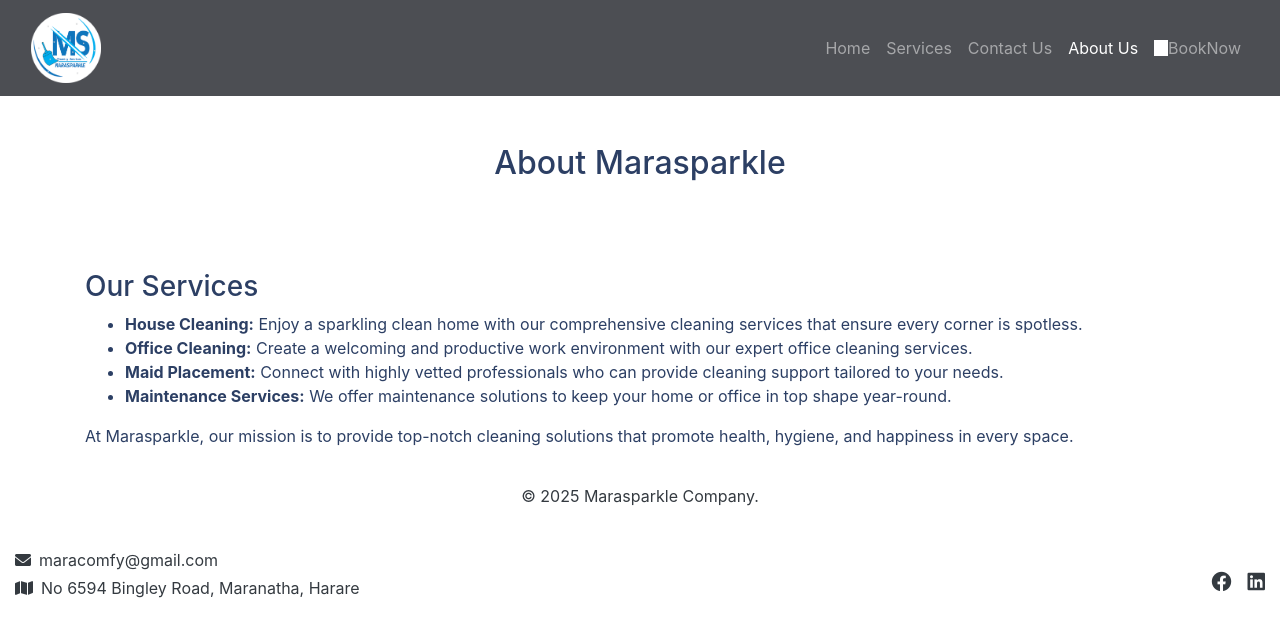
Repository: guineveretim/sparkle
Page: http://localhost/about/
The author's editor kept a copy of each file at every save. The page is drawn from the files as they stood at one save, then again after the next save.
The browser window is 1280 px wide. The pictures show the whole page.
The page is served by the project's application, run on Django 5.2 (manage.py). Other server files are loaded and not shown.

Above is the page before, as saved 2025-04-16 10:39:29.

### templates/application/about.html
{% load static%}
<!DOCTYPE html>
<html lang="en">

<head>
    <meta charset="utf-8">
    <meta name="viewport" content="width=device-width, initial-scale=1, shrink-to-fit=no">


    <title>{% block title %}Marasparkle{% endblock %}</title>

     <!-- Font Awesome CDN -->
    <link rel="stylesheet" href="https://cdnjs.cloudflare.com/ajax/libs/font-awesome/6.0.0-beta3/css/all.min.css">

    <!--Google fomts-->
    <link href="https://fonts.googleapis.com/css2?family=Roboto:wght@400&display=swap" rel="stylesheet">

    <!-- Bootstrap core CSS -->
    <link rel="stylesheet" href="https://cdn.jsdelivr.net/npm/bootstrap@4.1.3/dist/css/bootstrap.min.css" integrity="sha384-MCw98/SFnGE8fJT3GXwEOngsV7Zt27NXFoaoApmYm81iuXoPkFOJwJ8ERdknLPMO" crossorigin="anonymous">

    <style>
        body{
            background-color:rgb(255, 255, 255);
            overflow-x: hidden;

          }
    </style>

</head>

<body>
    <!-- ***** Preloader Start ***** -->
    <div id="js-preloader" class="js-preloader">
        <div class="preloader-inner">
            <span class="dot"></span>
            <div class="dots">
                <span></span>
                <span></span>
                <span></span>
            </div>
        </div>
    </div>
    <!-- ***** Preloader End ***** -->



    <!-- ***** Header Area Start ***** -->
        <nav class="navbar navbar-expand-lg navbar-dark sticky-top" style="background-color:rgb(76, 78, 83);">
            <div class="container-fluid">
            <a class="navbar-brand" href="{% url 'home' %}">
                <img src="{% static 'icons/Maralog.png' %}" style="width:70px;">
            </a>
            <button class="navbar-toggler" type="button" data-toggle="collapse" data-target="#navbarNav" aria-controls="navbarNav" aria-expanded="false" aria-label="Toggle navigation">
                <span class="navbar-toggler-icon"></span>
            </button>

            <div class="collapse navbar-collapse" id="navbarNav">
                <ul  class="navbar-nav ml-auto">
                    <li class="nav-item">
                        <a class="nav-link" href="{% url 'home' %}">Home <span class="sr-only">(current)</span></a>
                    </li>
                    <li class="nav-item">
                        <a class="nav-link" href="{% url 'services_details' %}">Services</a>
                    </li>

                    <li class="nav-item">
                        <a class="nav-link" href="{% url 'contact' %}">Contact Us</a>
                    </li>
                    <li class="nav-item active">
                        <a class="nav-link" href="{% url 'about' %}">About Us</a>
                    </li>
                    <li class="nav-item">
                        <a class="nav-link" href="{% url 'login' %}"><i class="fas fa-calendar" style="background-color: rgb(255, 255, 255);"></i>BookNow</a>
                    </li>
                </ul>
            </div>
        </div>
        </nav>

    <!-- ***** Header Area End ***** -->

      <!-- ***** About Section Start ***** -->
      <div class="container mt-5 text-white">
        <h2 class="text-center mb-4" style="color:#2c3f64;">About Marasparkle</h2>
        <p style="color:white;">Your clean space is our business! Founded in 2024, Marasparkle offers a range of professional cleaning services designed to meet the needs of both households and businesses.</p>

        <h3 style="color:#2c3f64;">Our Services</h3>
        <ul>
            <li style="color:#2c3f64;"><strong>House Cleaning:</strong> Enjoy a sparkling clean home with our comprehensive cleaning services that ensure every corner is spotless.</li>
            <li style="color:#2c3f64;"><strong>Office Cleaning:</strong> Create a welcoming and productive work environment with our expert office cleaning services.</li>
            <li style="color:#2c3f64;"><strong>Maid Placement:</strong> Connect with highly vetted professionals who can provide cleaning support tailored to your needs.</li>
            <li style="color:#2c3f64;"><strong>Maintenance Services:</strong> We offer maintenance solutions to keep your home or office in top shape year-round.</li>
        </ul>

        <p style="color:#2c3f64;">At Marasparkle, our mission is to provide top-notch cleaning solutions that promote health, hygiene, and happiness in every space.</p>
     </div>
    <!-- ***** About Section End ***** -->


    <footer class="footer text-center" style="background-color: rgba(255, 255, 255, 0.3); padding: 20px 0;">
        <div class="container-fluid">
            <div class="row">
                <div class="col-12">
                    <p class="mb-1 text-dark">© 2025 Marasparkle Company.</p>

                </div>
            </div>
        </div>
    </footer>

    <div class="sub-header  text-dark py-3" style="  background-color:rgb(255, 255, 255);">
        <div class="container-fluid">
            <div class="row align-items-center">
                <div class="col-lg-8 col-md-8 col-sm-12 text-center text-md-left mb-3 mb-md-0">
                    <ul class="list-unstyled">
                        <li class="d-flex align-items-center mb-1">
                            <i class="fa fa-envelope mr-2"></i>
                            <span>maracomfy@gmail.com</span>
                        </li>
                        <li class="d-flex align-items-center">
                            <i class="fa fa-map mr-2"></i>
                            <span>No 6594 Bingley Road, Maranatha, Harare</span>
                        </li>
                    </ul>
                </div>
                <div class="col-lg-4 col-md-4 col-sm-12 text-center text-md-right">
                    <ul class="list-unstyled d-flex justify-content-center justify-content-md-end mb-0">
                        <li class="mr-3">
                            <a href="https://www.facebook.com/profile.php?id=61573551016908" class="text-dark" aria-label="Facebook">
                                <i class="fab fa-facebook fa-lg"></i>
                            </a>
                        </li>
                        <li>
                            <a href="https://linkedin.com" class="text-dark" aria-label="LinkedIn">
                                <i class="fab fa-linkedin fa-lg"></i>
                            </a>
                        </li>
                    </ul>
                </div>
            </div>
        </div>
    </div>

<!-- jQuery first, then Popper.js, then Bootstrap JS -->
<script src="https://code.jquery.com/jquery-3.3.1.slim.min.js" integrity="sha384-q8i/X+965DzO0rT7abK41JStQIAqVgRVzpbzo5smXKp4YfRvH+8abtTE1Pi6jizo" crossorigin="anonymous"></script>
<script src="https://cdn.jsdelivr.net/npm/popper.js@1.14.3/dist/umd/popper.min.js" integrity="sha384-ZMP7rVo3mIykV+2+9J3UJ46jBk0WLaUAdn689aCwoqbBJiSnjAK/l8WvCWPIPm49" crossorigin="anonymous"></script>
<script src="https://cdn.jsdelivr.net/npm/bootstrap@4.1.3/dist/js/bootstrap.min.js" integrity="sha384-ChfqqxuZUCnJSK3+MXmPNIyE6ZbWh2IMqE241rYiqJxyMiZ6OW/JmZQ5stwEULTy" crossorigin="anonymous"></script>
</body>

</html>

### marasparkle/views.py

from django.shortcuts import redirect, render
from django.contrib.auth import authenticate, login
from .forms import  UserRegistrationForm, UserLoginForm
from django.contrib.auth.decorators import login_required
from django.contrib import messages
from .forms import BookingForm
from django.views.decorators.cache import never_cache
from django.views.decorators.csrf import csrf_protect
from django.contrib.auth.models import Group
from django.http import HttpResponse
from .models import Booking
from django.shortcuts import get_object_or_404



def home(request):
  return render(request, 'application/home.html')

def Service(request):
    return render(request, 'application/services.html')


def contact(request):
    return render(request, 'application/contact.html')

def about_view(request):
    return render(request, 'application/about.html')

def bookin(request):
    return render(request, 'application/bookin.html')





def register(request):
    if request.method == 'POST':
        form = UserRegistrationForm(request.POST)
        if form.is_valid():
            user = form.save(commit=False)
            user.set_password(form.cleaned_data['password'])
            user.save()

            group =Group.objects.get(name = 'user')
            user.groups.add(group)


            login(request, user)
            messages.success(request, "Registration successful.")
            return redirect('login')
    else:
        form = UserRegistrationForm()

    return render(request, 'authentication/register.html', {'form': form})

def login_view(request):
    if request.method == 'POST':
        form = UserLoginForm(data=request.POST)
        if form.is_valid():
            username = form.cleaned_data.get('username')
            password = form.cleaned_data.get('password')
            user = authenticate(request, username=username, password=password)

            if user is not None:

                if user.groups.filter(name='admin').exists():
                    login(request, user)
                    return redirect('/admin/')
                elif user.groups.filter(name='user').exists():
                    login(request, user)
                    return redirect('create_booking')
            else:

                messages.error(request, 'Invalid username or password.')
        else:
            # Optional: Handle field errors
            for field, errors in form.errors.items():
                for error in errors:
                    messages.error(request, error)

    else:
        form = UserLoginForm()

    return render(request, 'authentication/login.html', {'form': form})


@login_required
def create_booking(request):
    if request.method == 'POST':
        form = BookingForm(request.POST)
        if form.is_valid():
            booking = form.save(commit=False)
            booking.user = request.user  # Associate the booking with the logged-in user
            booking.save()  # Save the booking record

            # Redirect to the success page with the booking ID
            return redirect('booking_success', booking_id=booking.id)
    else:
        form = BookingForm()

    return render(request, 'accounts/booking.html', {'form': form})



@login_required
def booking_success(request, booking_id):
    booking = get_object_or_404(Booking, id=booking_id)

    context = {
        'service_type': booking.get_service_selection_display(),  # To show a human-readable name for service_selection
        'booking_date': booking.date_time.date(),
        'booking_time': booking.date_time.time(),
        'contact_info': booking.contact_infor,
        'location_info': booking.location_infor,
        'additional_details': booking.additional_details,
    }

    return render(request, 'application/bookin.html', context)

### marasparkleweb/urls.py
"""
URL configuration for marasparkleweb project.

The `urlpatterns` list routes URLs to views. For more information please see:
    https://docs.djangoproject.com/en/5.1/topics/http/urls/
Examples:
Function views
    1. Add an import:  from my_app import views
    2. Add a URL to urlpatterns:  path('', views.home, name='home')
Class-based views
    1. Add an import:  from other_app.views import Home
    2. Add a URL to urlpatterns:  path('', Home.as_view(), name='home')
Including another URLconf
    1. Import the include() function: from django.urls import include, path
    2. Add a URL to urlpatterns:  path('blog/', include('blog.urls'))
"""
from django.contrib import admin
from django.urls import include, path

urlpatterns = [
    path('admin/', admin.site.urls),
    path('', include('marasparkle.urls')),
]

### marasparkle/urls.py
from django.urls import path

from marasparkle.forms import ResetPasswordConfirmForm, ResetPasswordForm
from . import views
from django.contrib.auth import views as auth_views
from .views import create_booking, booking_success



urlpatterns = [
    path('', views.home, name='home'),
    path('about/',views.about_view, name='about'),
    path('services/',views.Service,name='services_details'),
    path('login/', views.login_view, name= 'login'),
    path('register/', views.register, name='register'),
    path('contact/', views.contact, name='contact'),


    path('password_reset/', auth_views.PasswordResetView.as_view(
        template_name='authentication/password_reset.html',
        form_class=ResetPasswordForm
    ), name='password_reset'),


    path('password_reset_done/', auth_views.PasswordResetDoneView.as_view(
        template_name='authentication/password_reset_done.html'
    ), name='password_reset_done'),


    path('password_reset_confirm/<uidb64>/<token>/', auth_views.PasswordResetConfirmView.as_view(
        template_name='authentication/password_reset_confirm.html',
        form_class=ResetPasswordConfirmForm
    ), name='password_reset_confirm'),

    path('password_reset_complete/', auth_views.PasswordResetCompleteView.as_view(
        template_name='authentication/password_reset_complete.html'
    ), name='password_reset_complete'),


      path('booking/', create_booking, name='create_booking'),
    path('booking-success/<int:booking_id>/', booking_success, name='booking_success'),



]

After the next save:
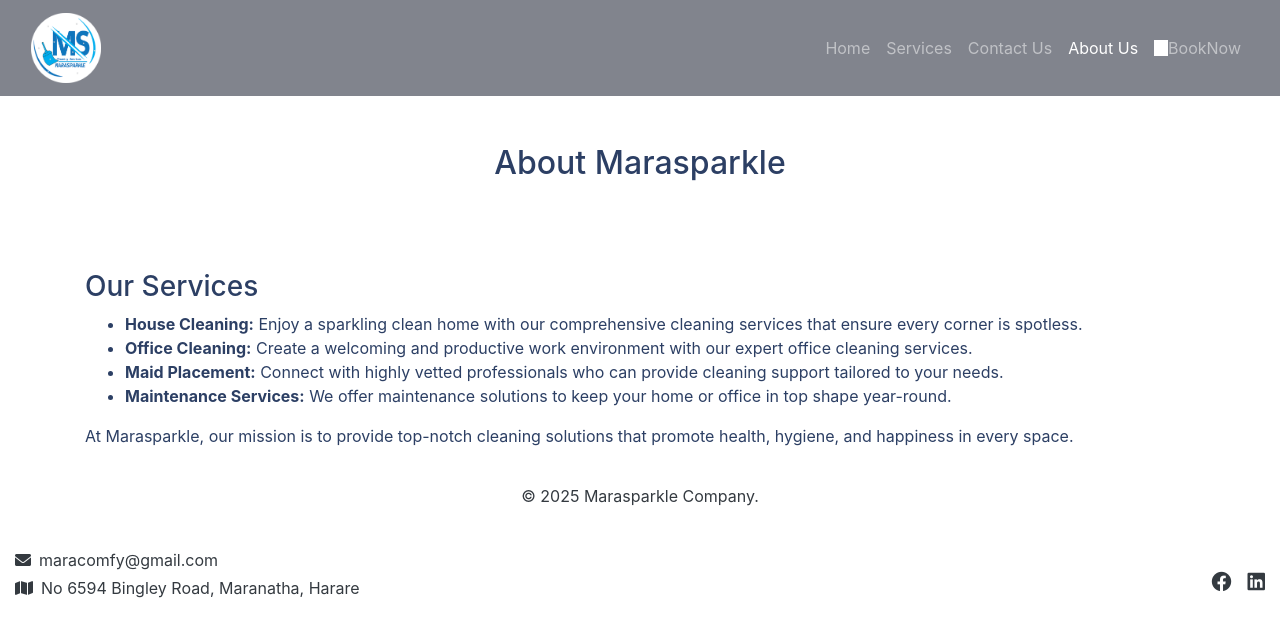
Saved 21 s later.
--- a/templates/application/about.html
+++ b/templates/application/about.html
@@ -45,7 +45,7 @@
 
 
     <!-- ***** Header Area Start ***** -->
-        <nav class="navbar navbar-expand-lg navbar-dark sticky-top" style="background-color:rgb(76, 78, 83);">
+        <nav class="navbar navbar-expand-lg navbar-dark sticky-top" style="background-color:rgb(129, 132, 141);">
             <div class="container-fluid">
             <a class="navbar-brand" href="{% url 'home' %}">
                 <img src="{% static 'icons/Maralog.png' %}" style="width:70px;">
